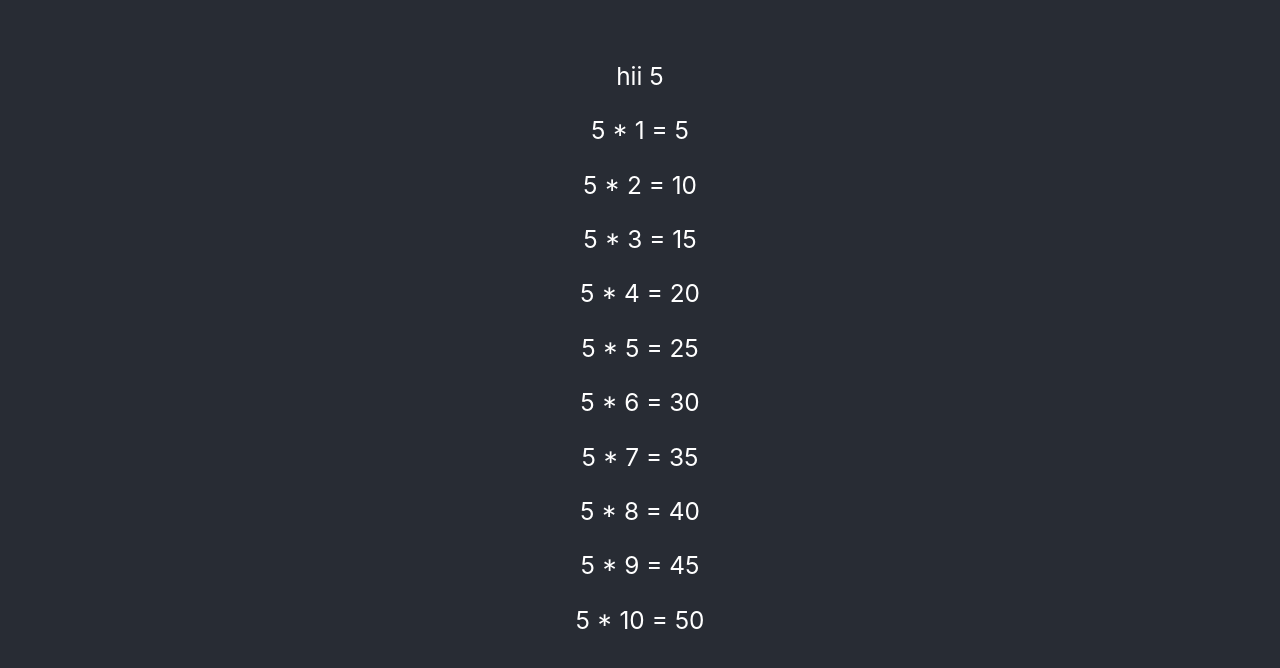
Repository: atulbihari94/react-learning
Page: / (app in my-app/my-app/)
An editor plug-in stored every save of this project. The page is shown before and after the next save, followed by the edit.
The browser window is 1280 px wide. The pictures show the whole page.
The project was rebuilt for these pictures with package versions that can differ from the ones it lists, and the page was loaded fresh each time.

Above is the page before, as saved 2019-09-20 14:06:51.

### my-app/my-app/src/App.js
import React from 'react';
import './App.css';
import PrintTable from './Print-table'

function App() {
  return (
    <div className="App">
      <header className="App-header">
      <PrintTable title = {"hii"} table = {5}/>
      </header>
    </div>
  );
}

export default App;

### my-app/my-app/src/Print-table.js
import React from 'react';
const helloWorld = (props) => {
    const fromOneToTen = [1,2,3,4,5,6,7,8,9,10].map( element => {
        return <p>{props.table} * {element} = {props.table * element}</p>
    });
    return <div>{props.title } {props.table} {fromOneToTen} </div>
}

export default helloWorld ;

Loaded but not shown: my-app/my-app/public/index.html (common file); my-app/my-app/src/index.js (common file); my-app/my-app/src/index.css (common file); my-app/my-app/src/serviceWorker.js (common file); my-app/my-app/src/App.css (common file)

After the next save:
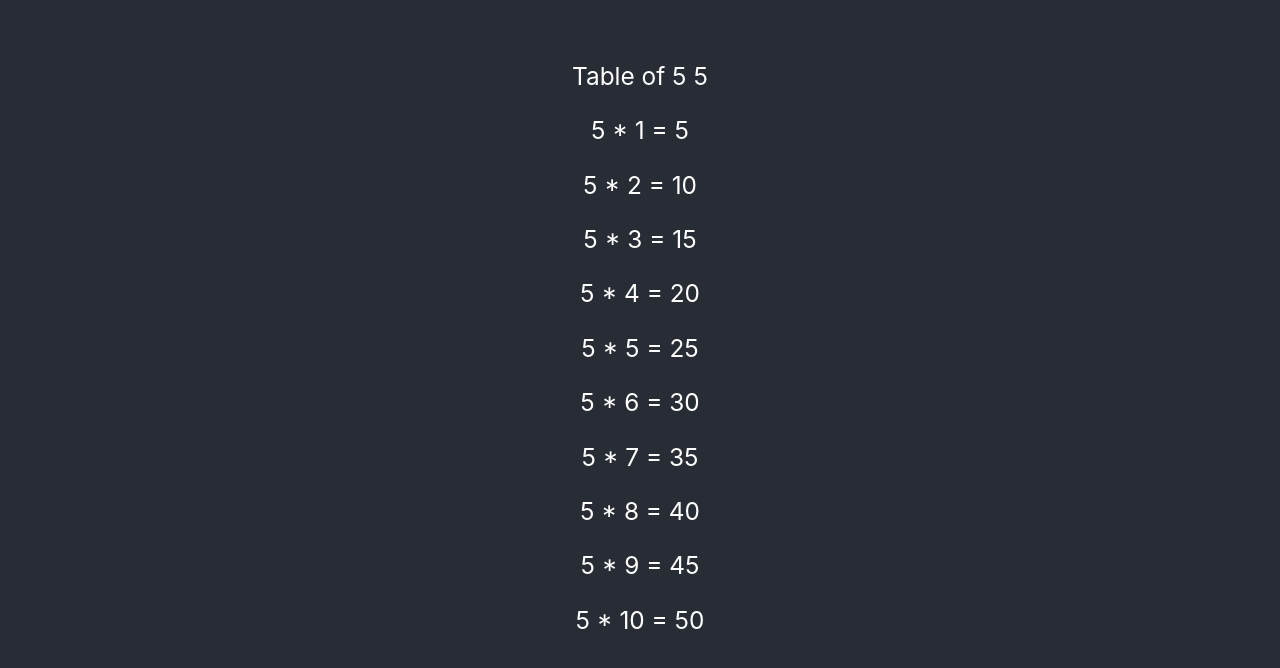
Saved 57 s later.
--- a/my-app/my-app/src/App.js
+++ b/my-app/my-app/src/App.js
@@ -6,7 +6,7 @@ function App() {
   return (
     <div className="App">
       <header className="App-header">
-      <PrintTable title = {"hii"} table = {5}/>
+      <PrintTable title = {`Table of ${5}`} table = {5}/>
       </header>
     </div>
   );
